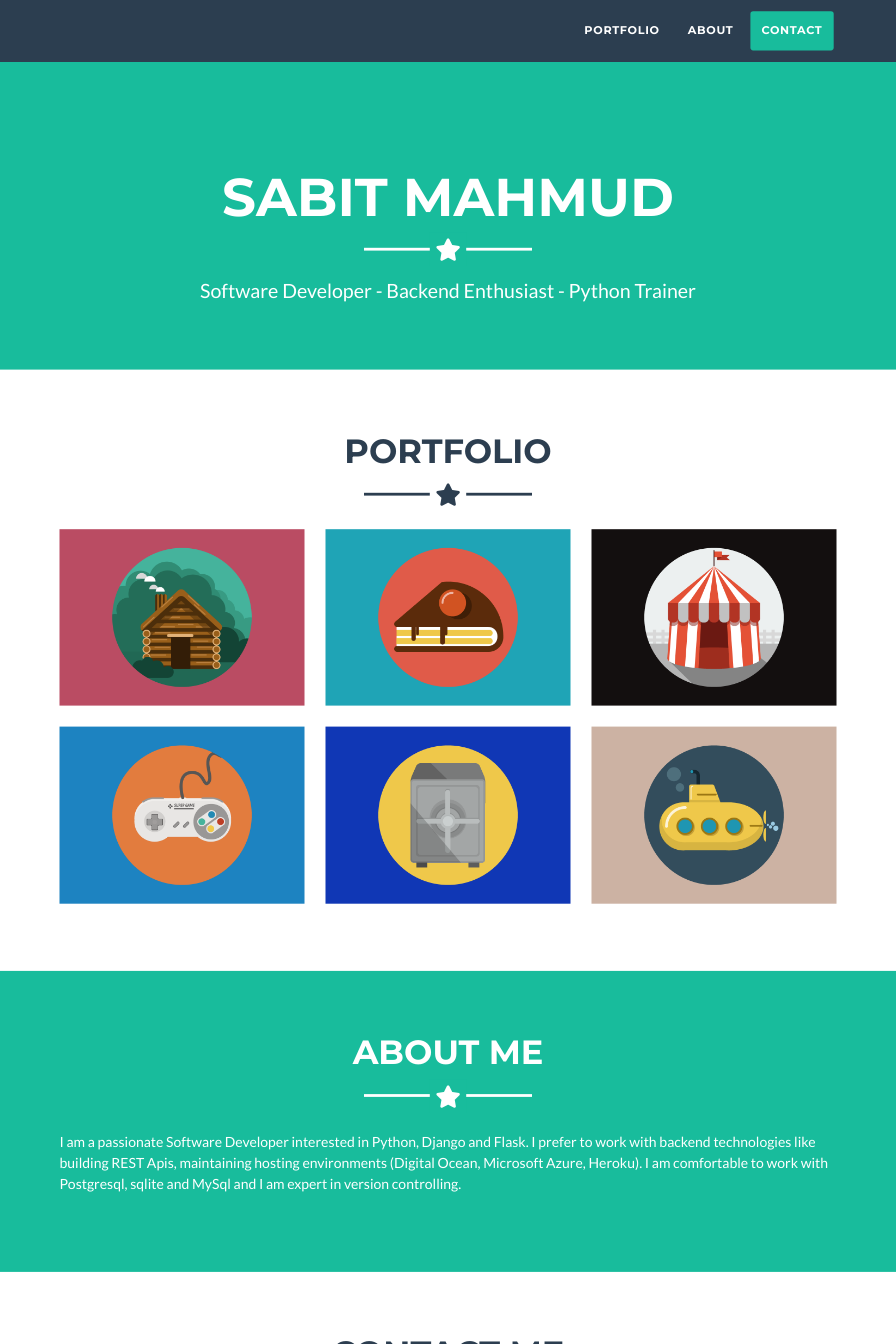
Repository: SabitDeepto/portfolio
Page: index.html
The author's editor kept a copy of each file at every save. The page is drawn from the files as they stood at one save, then again after the next save.
The browser window is 1280 px wide. The pictures show the part of the page from y = 0 to 1920 px (the page is 3160 px tall before and 3360 px after), at 70% of full size.

Above is the page before, as saved 2019-04-04 23:43:49.
Not found: img/Sabit Mahmud Deepto.JPG

After the next save:
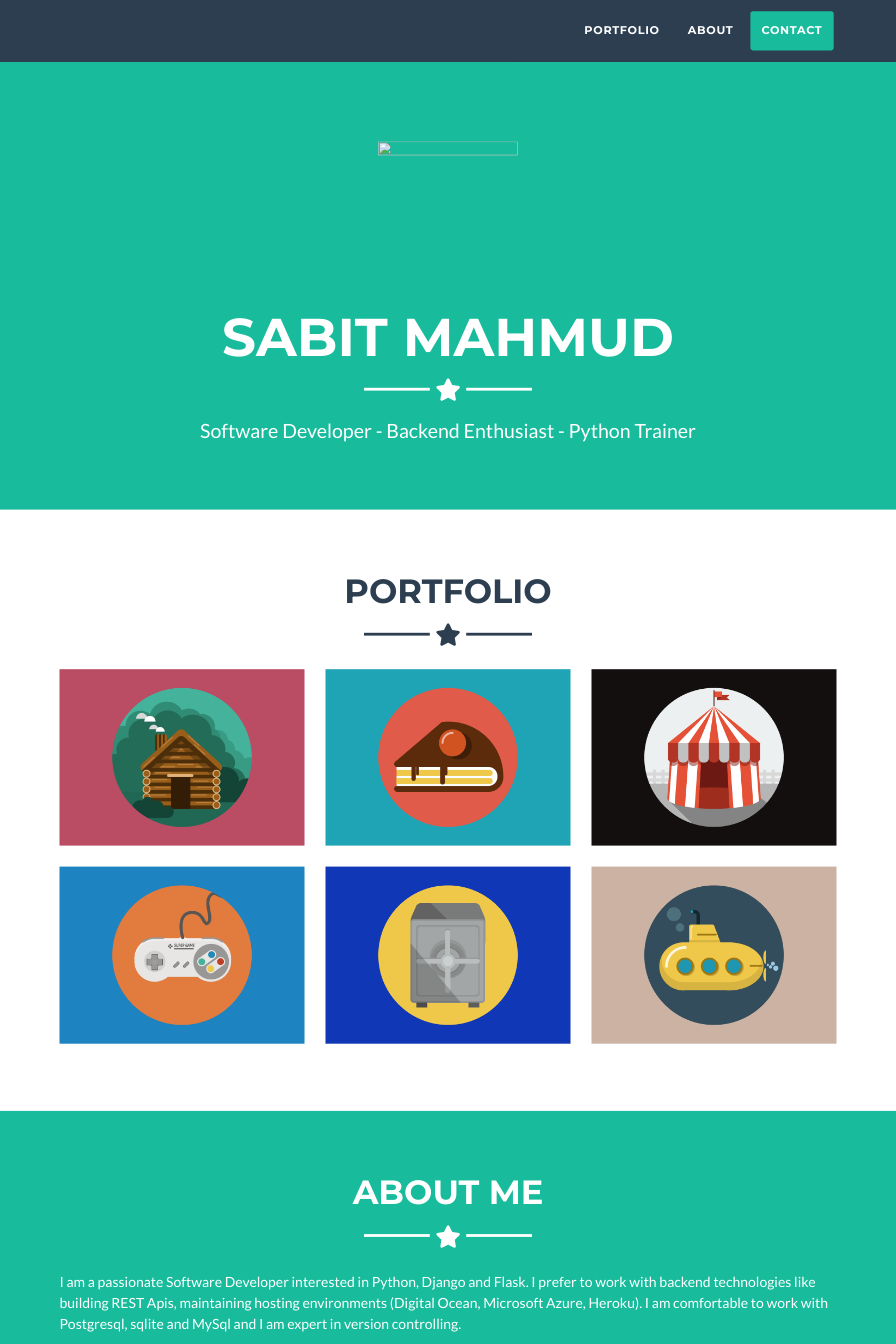
Saved 42 s later.
--- a/index.html
+++ b/index.html
@@ -55,7 +55,7 @@
   <!-- Header -->
   <header class="masthead bg-primary text-white text-center">
     <div class="container">
-      <img class="img-fluid mb-5 d-block mx-auto" src="img/Sabit Mahmud Deepto.JPG" alt="">
+      <img class="img-fluid mb-5 d-block mx-auto" src="img/Sabit Mahmud Deepto.JPG" alt="" height="200px" width="200px">
       <h1 class="text-uppercase mb-0">Sabit Mahmud</h1>
       <hr class="star-light">
       <h2 class="font-weight-light mb-0">Software Developer - Backend Enthusiast - Python Trainer</h2>
